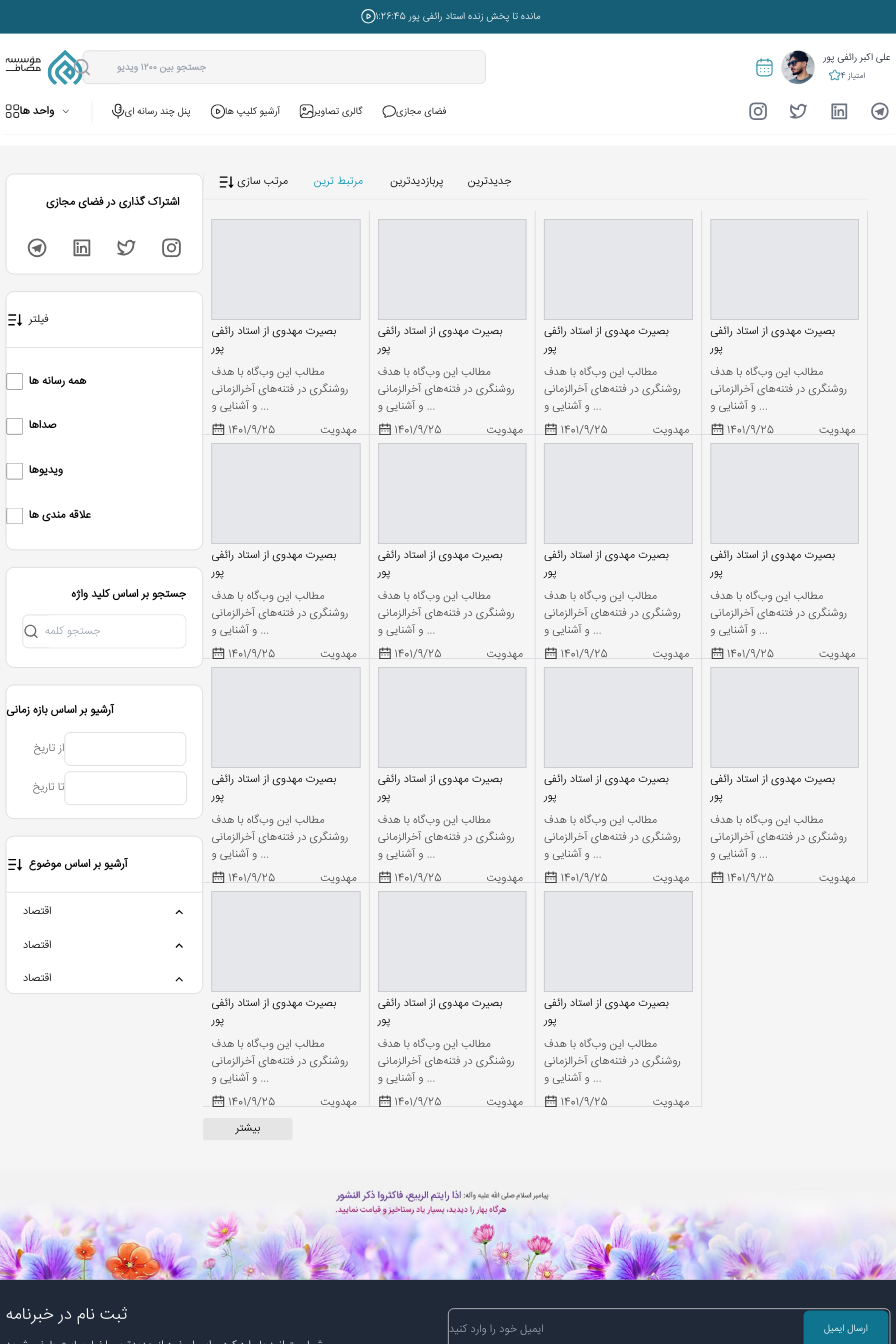
Repository: homan-tehrani/uiUserNative
Page: /multimedia
The author's editor kept a copy of each file at every save. The page is drawn from the files as they stood at one save, then again after the next save.
The browser window is 1280 px wide. The pictures show the part of the page from y = 0 to 1920 px (the page is 2769 px tall), at 70% of full size.
The project was rebuilt for these pictures with package versions that can differ from the ones it lists, and the page was loaded fresh each time. The framework's server and built-in components were replaced by stand-ins that run in the browser. Also part of the build but not shown: next.config.js, src/components/MenuForUnits.js, src/components/AccordionForUnits.js, src/components/MenuResponsive.js.

Above is the page before, as saved 2023-04-25 02:00:19.

### src/pages/_app.js
import Layoute from 'components/layout/Layoute'
import 'styles/globals.css'

export default function App({ Component, pageProps }) {
  return <Layoute>
    <Component {...pageProps} />
  </Layoute>
}

### src/pages/multimedia/index.js
import React, { useState, useEffect } from 'react';
import { albumPhoto } from '../../../src/db.json';
import Loading from 'components/loading';
import CourseCart from 'components/CourseCart';
import Aside from 'components/Aside';
import AsideResponsive from 'components/AsideResponsive';
export default function Multimedia() {
  const [allcorses, setAllCorses] = useState(null);

  useEffect(() => {
    setAllCorses(albumPhoto);
  }, []);

  if (!allcorses) {
    return <Loading />;
  }

  return (
    <div className=" bg-neutral-100 flex h-max py-10 w-full mt-4 gap-x-1 ">
      <div className="hidden  sm:flex  md:flex justify-evenly container sm:px-2 mx-auto sm:justify-between sm:gap-x-0 gap-x-2 ">
        <Aside />
        <CourseCart data={allcorses} />
      </div>
      <AsideResponsive />
    </div>
  );
}

### src/components/layout/Layoute.js
import React from "react";
import Header from "./Header";
import Fotter from "./Fotter";
import Speech from "../Speech";

export default function Layoute({ children , datas }) {
  return (
    <>
      <Header  />
      <div>{children}</div>
      <Speech />
      <Fotter datas={datas} />
    </>
  );
}

### src/styles/globals.css
@tailwind base;
@tailwind components;
@tailwind utilities;

@font-face {
    font-family: iransans;
    src: url("../../public/assets/fonts/iransans/irsans-l.woff");
}

html , body{
    font-family: iransans;
  }

.slider-master
.swiper-pagination-bullet{
  width: 14px;
  height: 14px;
  background-color: #3998AC;
}

.slider-master
.swiper-pagination-bullet-active {
  width: 60px;
  border-radius: 60px;
}

### src/components/loading.js
const Loading =()=> {
    return (
      <div className="w-full h-full flex justify-center items-center py-5">
        <svg aria-hidden="true" class="w-12 h-12 text-gray-200 animate-spin dark:text-gray-600 fill-cyan-600" viewBox="0 0 100 101" fill="none" xmlns="http://www.w3.org/2000/svg">
            <path d="M100 50.5908C100 78.2051 77.6142 100.591 50 100.591C22.3858 100.591 0 78.2051 0 50.5908C0 22.9766 22.3858 0.59082 50 0.59082C77.6142 0.59082 100 22.9766 100 50.5908ZM9.08144 50.5908C9.08144 73.1895 27.4013 91.5094 50 91.5094C72.5987 91.5094 90.9186 73.1895 90.9186 50.5908C90.9186 27.9921 72.5987 9.67226 50 9.67226C27.4013 9.67226 9.08144 27.9921 9.08144 50.5908Z" fill="currentColor"/>
            <path d="M93.9676 39.0409C96.393 38.4038 97.8624 35.9116 97.0079 33.5539C95.2932 28.8227 92.871 24.3692 89.8167 20.348C85.8452 15.1192 80.8826 10.7238 75.2124 7.41289C69.5422 4.10194 63.2754 1.94025 56.7698 1.05124C51.7666 0.367541 46.6976 0.446843 41.7345 1.27873C39.2613 1.69328 37.813 4.19778 38.4501 6.62326C39.0873 9.04874 41.5694 10.4717 44.0505 10.1071C47.8511 9.54855 51.7191 9.52689 55.5402 10.0491C60.8642 10.7766 65.9928 12.5457 70.6331 15.2552C75.2735 17.9648 79.3347 21.5619 82.5849 25.841C84.9175 28.9121 86.7997 32.2913 88.1811 35.8758C89.083 38.2158 91.5421 39.6781 93.9676 39.0409Z" fill="currentFill"/>
        </svg>
      </div>
    );
  }

  export default Loading;

### src/components/CourseCart.js
import React from 'react';
import Link from 'next/link';
import Loading from './loading';
export default function CourseCart({ data }) {
  console.log(data);
  if (!data) {
    return <Loading />;
  }
  return (
    <div className="relative w-full h-full  flex flex-col   md:translate-x-0 gap-y-4  pr-8">
      <div className="  w-full text-sm md:text-base border-b pb-3 flex  items-end  gap-x-1 md:gap-x-4 lg:gap-x-8  ">
        <div className=" w-26 flex items-center justify-center gap-x-1 border-l pl-3 sm:pl-5">
          <svg
            xmlns="http://www.w3.org/2000/svg"
            className="w-4 md:w-6"
            viewBox="0 0 24 24"
          >
            <path
              d="M20 4V16H23L19 21L15 16H18V4H20ZM12 18V20H3V18H12ZM14 11V13H3V11H14ZM14 4V6H3V4H14Z"
              fill="#000"
            ></path>
          </svg>
          <button className="">مرتب سازی </button>
        </div>
        <button className="text-cyan-600  w-16 md:w-20">
          مرتبط ترین
        </button>
        <button className="w-20 ">پربازدیدترین</button>
        <button className="w-16 ">جدیدترین</button>
      </div>

      <div className="grid grid-cols-4">
        {data.map((item) => (
          <>
            <div
              key={item.id}
              className=" h-80 hover:bg-white border-r border-b border-gray-300  p-3 cursor-pointer"
            >
              <div className="w-full h-36 bg-gray-200">
                <img
                  src={item.coverImage}
                  alt={item.title}
                  className="w-full h-full"
                />
              </div>
              <div className="flex flex-col h-44 justify-around pr-4">
                <div>
                  <p>بصیرت مهدوی از استاد رائفی پور</p>
                </div>

                <p className="opacity-70">
                مطالب این وب‌گاه با هدف روشنگری در فتنه‌های آخرالزمانی و آشنایی و ...
                  </p>
                <div className="flex gap-x-8 opacity-70">
                  <div className="flex gap-x-1">
                    <svg
                      xmlns="http://www.w3.org/2000/svg"
                      viewBox="0 0 24 24"
                      width="20"
                      height="20"
                    >
                      <path fill="none" d="M0 0h24v24H0z" />
                      <path d="M17 3h4a1 1 0 0 1 1 1v16a1 1 0 0 1-1 1H3a1 1 0 0 1-1-1V4a1 1 0 0 1 1-1h4V1h2v2h6V1h2v2zm3 8H4v8h16v-8zm-5-6H9v2H7V5H4v4h16V5h-3v2h-2V5zm-9 8h2v2H6v-2zm5 0h2v2h-2v-2zm5 0h2v2h-2v-2z" />
                    </svg>
                    <p>1401/9/25</p>
                  </div>

                  <svg
                    xmlns="http://www.w3.org/2000/svg"
                    viewBox="0 0 24 24"
                    width="20"
                    height="20"
                  >
                    <path fill="none" d="M0 0h24v24H0z" />
                    <path d="M20.005 2C21.107 2 22 2.898 22 3.99v16.02c0 1.099-.893 1.99-1.995 1.99H4v-4H2v-2h2v-3H2v-2h2V8H2V6h2V2h16.005zM8 4H6v16h2V4zm12 0H10v16h10V4z" />
                  </svg>
                  <span> {
                    (Array.isArray(item?.portal) && item?.portal.length > 0) ? (item?.portal[0].name) : 'مهدویت' }
                  </span>
                </div>
              </div>
            </div>

            <Link
              href={`/units/${item.id}`}
              className="w-full h-full absolute top-0 left-0  "
            ></Link>
          </>
        ))}
      </div>
      <button className="w-32 h-8 bg-neutral-200 rounded">
        بیشتر
      </button>
    </div>
  );
}

### src/components/Aside.js
import React from 'react'
import AccordionForMultiMedia from './AccordionForMultiMedia'

export default function Aside() {
  return (
    <aside className="w-80 h-full   md:mr-0 md:translate-x-0 flex flex-col  items-start justify-start gap-y-6 ">
    <div className="w-282px  border border-stone-300 h-36 bg-white rounded-xl flex flex-col items-center justify-center gap-y-3">
      <p className="text-right pl-6 font-bold">
        اشتراک گذاری در فضای مجازی
      </p>
      <div className="xs:-translate-y-4  flex  w-11/12 xs:h-8 xs:w-32  justify-around h-12 items-center rounded-md  translate-y-4 fill-white opacity-60">
        <svg
          className="cursor-pointer fill-black xs:w-6 w-8"
          xmlns="http://www.w3.org/2000/svg"
          viewBox="0 0 24 24"
        >
          <path fill="none" d="M0 0h24v24H0z" />
          <path d="M12 20a8 8 0 1 0 0-16 8 8 0 0 0 0 16zm0 2C6.477 22 2 17.523 2 12S6.477 2 12 2s10 4.477 10 10-4.477 10-10 10zm-3.11-8.83l-2.498-.779c-.54-.165-.543-.537.121-.804l9.733-3.76c.565-.23.885.061.702.79l-1.657 7.82c-.116.557-.451.69-.916.433l-2.551-1.888-1.189 1.148c-.122.118-.221.219-.409.244-.187.026-.341-.03-.454-.34l-.87-2.871-.012.008z" />
        </svg>
        <svg
          className="cursor-pointer fill-black xs:w-6 w-8"
          xmlns="http://www.w3.org/2000/svg"
          viewBox="0 0 24 24"
        >
          <path fill="none" d="M0 0h24v24H0z" />
          <path d="M4 3h16a1 1 0 0 1 1 1v16a1 1 0 0 1-1 1H4a1 1 0 0 1-1-1V4a1 1 0 0 1 1-1zm1 2v14h14V5H5zm2.5 4a1.5 1.5 0 1 1 0-3 1.5 1.5 0 0 1 0 3zm-1 1h2v7.5h-2V10zm5.5.43c.584-.565 1.266-.93 2-.93 2.071 0 3.5 1.679 3.5 3.75v4.25h-2v-4.25a1.75 1.75 0 0 0-3.5 0v4.25h-2V10h2v.43z" />
        </svg>
        <svg
          className="cursor-pointer fill-black xs:w-6 w-8"
          xmlns="http://www.w3.org/2000/svg"
          viewBox="0 0 24 24"
        >
          <path fill="none" d="M0 0h24v24H0z" />
          <path d="M15.3 5.55a2.9 2.9 0 0 0-2.9 2.847l-.028 1.575a.6.6 0 0 1-.68.583l-1.561-.212c-2.054-.28-4.022-1.226-5.91-2.799-.598 3.31.57 5.603 3.383 7.372l1.747 1.098a.6.6 0 0 1 .034.993L7.793 18.17c.947.059 1.846.017 2.592-.131 4.718-.942 7.855-4.492 7.855-10.348 0-.478-1.012-2.141-2.94-2.141zm-4.9 2.81a4.9 4.9 0 0 1 8.385-3.355c.711-.005 1.316.175 2.669-.645-.335 1.64-.5 2.352-1.214 3.331 0 7.642-4.697 11.358-9.463 12.309-3.268.652-8.02-.419-9.382-1.841.694-.054 3.514-.357 5.144-1.55C5.16 15.7-.329 12.47 3.278 3.786c1.693 1.977 3.41 3.323 5.15 4.037 1.158.475 1.442.465 1.973.538z" />
        </svg>
        <svg
          className="cursor-pointer fill-black xs:w-6 w-8"
          xmlns="http://www.w3.org/2000/svg"
          viewBox="0 0 24 24"
        >
          <path fill="none" d="M0 0h24v24H0z" />
          <path d="M12 9a3 3 0 1 0 0 6 3 3 0 0 0 0-6zm0-2a5 5 0 1 1 0 10 5 5 0 0 1 0-10zm6.5-.25a1.25 1.25 0 0 1-2.5 0 1.25 1.25 0 0 1 2.5 0zM12 4c-2.474 0-2.878.007-4.029.058-.784.037-1.31.142-1.798.332-.434.168-.747.369-1.08.703a2.89 2.89 0 0 0-.704 1.08c-.19.49-.295 1.015-.331 1.798C4.006 9.075 4 9.461 4 12c0 2.474.007 2.878.058 4.029.037.783.142 1.31.331 1.797.17.435.37.748.702 1.08.337.336.65.537 1.08.703.494.191 1.02.297 1.8.333C9.075 19.994 9.461 20 12 20c2.474 0 2.878-.007 4.029-.058.782-.037 1.309-.142 1.797-.331.433-.169.748-.37 1.08-.702.337-.337.538-.65.704-1.08.19-.493.296-1.02.332-1.8.052-1.104.058-1.49.058-4.029 0-2.474-.007-2.878-.058-4.029-.037-.782-.142-1.31-.332-1.798a2.911 2.911 0 0 0-.703-1.08 2.884 2.884 0 0 0-1.08-.704c-.49-.19-1.016-.295-1.798-.331C14.925 4.006 14.539 4 12 4zm0-2c2.717 0 3.056.01 4.122.06 1.065.05 1.79.217 2.428.465.66.254 1.216.598 1.772 1.153a4.908 4.908 0 0 1 1.153 1.772c.247.637.415 1.363.465 2.428.047 1.066.06 1.405.06 4.122 0 2.717-.01 3.056-.06 4.122-.05 1.065-.218 1.79-.465 2.428a4.883 4.883 0 0 1-1.153 1.772 4.915 4.915 0 0 1-1.772 1.153c-.637.247-1.363.415-2.428.465-1.066.047-1.405.06-4.122.06-2.717 0-3.056-.01-4.122-.06-1.065-.05-1.79-.218-2.428-.465a4.89 4.89 0 0 1-1.772-1.153 4.904 4.904 0 0 1-1.153-1.772c-.248-.637-.415-1.363-.465-2.428C2.013 15.056 2 14.717 2 12c0-2.717.01-3.056.06-4.122.05-1.066.217-1.79.465-2.428a4.88 4.88 0 0 1 1.153-1.772A4.897 4.897 0 0 1 5.45 2.525c.638-.248 1.362-.415 2.428-.465C8.944 2.013 9.283 2 12 2z" />
        </svg>
      </div>
    </div>
    <div className="w-282px h-370px  border border-stone-300 rounded-xl bg-white">
      <div className="w-full h-20  border-b border-stone-300 flex items-center justify-start pr-6 gap-x-2 ">
        <svg
          xmlns="http://www.w3.org/2000/svg"
          viewBox="0 0 24 24"
          width="24"
          height="24"
        >
          <path
            d="M20 4V16H23L19 21L15 16H18V4H20ZM12 18V20H3V18H12ZM14 11V13H3V11H14ZM14 4V6H3V4H14Z"
            fill="#000"
          ></path>
        </svg>
        <p>فیلتر</p>
      </div>
      <div className="w-full h-64 translate-y-4 flex flex-col justify-around pr-4 font-bold">
        <div className="flex  items-center justify-satrt  gap-x-2">
          <input type="checkbox" className="w-6 h-6 " />
          <p>همه رسانه ها</p>
        </div>
        <div className="flex items-center justify-satrt  gap-x-2">
          <input type="checkbox" className="w-6 h-6 " />
          <p>صداها</p>
        </div>
        <div className="flex items-center justify-satrt gap-x-2">
          <input type="checkbox" className="w-6 h-6 " />
          <p>ویدیوها</p>
        </div>
        <div className="flex items-center justify-satrt gap-x-2">
          <input type="checkbox" className="w-6 h-6 " />
          <p>علاقه مندی ها</p>
        </div>
      </div>
    </div>
    <div className="w-282px border border-stone-300 h-36 bg-white rounded-xl flex flex-col items-center justify-center gap-y-4">
      <p className="text-right  w-10/12 font-bold">
        جستجو بر اساس کلید واژه
      </p>
      <div className="w-10/12 h-12  flex items-center border border-stone-300 rounded-lg">
        <svg
          xmlns="http://www.w3.org/2000/svg"
          className="mr-2 opacity-60"
          viewBox="0 0 24 24"
          width="24"
          height="24"
        >
          <path
            d="M18.031 16.6168L22.3137 20.8995L20.8995 22.3137L16.6168 18.031C15.0769 19.263 13.124 20 11 20C6.032 20 2 15.968 2 11C2 6.032 6.032 2 11 2C15.968 2 20 6.032 20 11C20 13.124 19.263 15.0769 18.031 16.6168ZM16.0247 15.8748C17.2475 14.6146 18 12.8956 18 11C18 7.1325 14.8675 4 11 4C7.1325 4 4 7.1325 4 11C4 14.8675 7.1325 18 11 18C12.8956 18 14.6146 17.2475 15.8748 16.0247L16.0247 15.8748Z"
            fill="#000"
          ></path>
        </svg>
        <input
          placeholder="جستجو کلمه"
          type="text"
          className="w-11/12 h-full outline-0 pr-2 rounded-lg "
        />
      </div>
    </div>

    <div className="w-282px border border-stone-300 h-48 bg-white rounded-xl flex flex-col items-center justify-center  ">
      <p className="text-right mt-6 w-full pr-7 font-bold flex items-center  ">
        آرشیو بر اساس بازه زمانی
      </p>

      <div className="flex flex-col items-center justify-center  w-full h-full gap-y-2  ">
        <div className="flex items-cenetr h-12 justify-center">
          <p className="pl-4 flex items-center justify-center opacity-60">
            از تاریخ
          </p>
          <input
            type="text"
            className="border border-stone-300 h-full w-8/12 rounded-lg outline-0 pr-2"
          />
        </div>
        <div className="flex items-cenetr justify-center h-12 ">
          <p className="pl-4 flex items-center justify-center opacity-60">
            تا تاریخ
          </p>
          <input
            type="text"
            className="border border-stone-300 h-full w-8/12 rounded-lg outline-0 pr-2"
          />
        </div>
      </div>
    </div>
    <div className="w-282px  h-max border border-stone-300 rounded-xl bg-white ">
      <div className="w-full h-20  border-b border-stone-300 flex items-center justify-start pr-6 gap-x-2 ">
        <svg
          xmlns="http://www.w3.org/2000/svg"
          viewBox="0 0 24 24"
          width="24"
          height="24"
        >
          <path
            d="M20 4V16H23L19 21L15 16H18V4H20ZM12 18V20H3V18H12ZM14 11V13H3V11H14ZM14 4V6H3V4H14Z"
            fill="#000"
          ></path>
        </svg>
        <p className="font-bold">آرشیو بر اساس موضوع</p>
      </div>
  <AccordionForMultiMedia/>
  <AccordionForMultiMedia/>
  <AccordionForMultiMedia/>

    </div>
  </aside>
  )
}

### src/components/Speech.js
import React, { useEffect, useState } from "react";
import Loading from "./loading";
import {speech} from "../../src/db.json"

export default function Speech({ datas }) {
  const [imageSpeech, setImageSpeech] = useState(null);
  useEffect(() => {
    setImageSpeech(speech);
  }, []);

  if (!imageSpeech) {
    return <Loading />;
  }
  return (
    <div className="w-full flex justify-center items-center relative ">
      <div className="flex flex-col w-full h-max">
        <div className="flex flex-col w-full ">
          <img
            src={imageSpeech[0].src}
            alt={imageSpeech[0].alt}
            className="w-full h-full object-cover"
          />
        </div>
      </div>
    </div>
  );
}

### src/components/AccordionForMultiMedia.js
import {useState} from 'react'

export default function AccordionForMultiMedia() {
    const [isShowAccordion, setIsShowAccordion] = useState(false);
    const accordionHandler = () => {
        setIsShowAccordion((prev) => !prev);
      };
  return (
    <>
    <button
    onClick={accordionHandler}
    className=" w-10/12 mx-auto h-10 flex items-center mt-2 justify-between"
  >
    <p>اقتصاد</p>
    <div>
      {!isShowAccordion && (
        <svg
          xmlns="http://www.w3.org/2000/svg"
          viewBox="0 0 24 24"
          width="20"
          height="20"
        >
          <path
            d="M11.9997 10.8284L7.04996 15.7782L5.63574 14.364L11.9997 8L18.3637 14.364L16.9495 15.7782L11.9997 10.8284Z"
            fill="#000"
          ></path>
        </svg>
      )}
      {isShowAccordion && (
        <svg
          xmlns="http://www.w3.org/2000/svg"
          viewBox="0 0 24 24"
          width="20"
          height="20"
        >
          <path
            d="M11.9997 13.1714L16.9495 8.22168L18.3637 9.63589L11.9997 15.9999L5.63574 9.63589L7.04996 8.22168L11.9997 13.1714Z"
            fill="#000"
          ></path>
        </svg>
      )}
    </div>
  </button>
  {isShowAccordion && (
    <div className="w-10/12 mx-auto my-4 pb-4 flex flex-col gap-y-8 font-bold  border-b border-stone-300">
      <div className="flex items-center justify-satrt  gap-x-2 ">
        <input type="checkbox" className="w-6 h-6 " />
        <p>اقتصاد ایران</p>
      </div>
      <div className="flex items-center justify-satrt  gap-x-2">
        <input type="checkbox" className="w-6 h-6 " />
        <p>اقتصاد جهان</p>
      </div>
    </div>
  )}
  </>
  )
}

### src/components/AccordionMultiMediResponsive.js
import React, { useState } from 'react'

export default function AccordionMultiMediResponsive() {
    const[isShowAccordion , setIsShowAccordion] = useState(false)
    const accordionHandler = ()=>{
        setIsShowAccordion(prev=>!prev)
    }
  return (
    <>
     <button
              onClick={accordionHandler}
              className=" w-11/12 mx-auto h-10 flex items-center  my-2 justify-between"
            >
              <p>دشمن شناسی</p>
              <div>
                {!isShowAccordion && (
                  <svg
                    xmlns="http://www.w3.org/2000/svg"
                    viewBox="0 0 24 24"
                    width="20"
                    height="20"
                  >
                    <path
                      d="M11.9997 10.8284L7.04996 15.7782L5.63574 14.364L11.9997 8L18.3637 14.364L16.9495 15.7782L11.9997 10.8284Z"
                      fill="#000"
                    ></path>
                  </svg>
                )}
                {isShowAccordion && (
                  <svg
                    xmlns="http://www.w3.org/2000/svg"
                    viewBox="0 0 24 24"
                    width="20"
                    height="20"
                  >
                    <path
                      d="M11.9997 13.1714L16.9495 8.22168L18.3637 9.63589L11.9997 15.9999L5.63574 9.63589L7.04996 8.22168L11.9997 13.1714Z"
                      fill="#000"
                    ></path>
                  </svg>
                )}
              </div>
            </button>
            {isShowAccordion && (
              <div className="w-10/12 mx-auto pb-4 flex mt-4 flex-col gap-y-8 font-bold border-stone-300 border-b">
                <div className="flex items-center justify-satrt  gap-x-2 ">
                  <input type="checkbox" className="w-6 h-6 " />
                  <p>اقتصاد ایران</p>
                </div>
                <div className="flex items-center justify-satrt  gap-x-2">
                  <input type="checkbox" className="w-6 h-6 " />
                  <p>اقتصاد جهان</p>
                </div>
              </div>
            )}
    </>
  )
}

### tailwind.config.js
/** @type {import('tailwindcss').Config} */
module.exports = {
  content: [
    "./app/**/*.{js,ts,jsx,tsx}",
    "./pages/**/*.{js,ts,jsx,tsx}",
    "./components/**/*.{js,ts,jsx,tsx}",

    // Or if using `src` directory:
    "./src/**/*.{js,ts,jsx,tsx}",
  ],
  theme: {
    extend: {
      screens:{
        'xs':{'max':'430px'},
      },
      spacing: {
        '148': '37rem',
        '120':'36rem',
        '152':'42rem',
        '90':'25rem',
        '98':'28rem',
        '100':'30rem',
        '110':'33rem',
        'ppx':'0.5px',
        '400px': '400px',
        '300px':'300px',
        '1200px':'1200px',
        '370px':'370px',
        '305px':'305px',
        '282px':'282px'
      },
      fontSize:{
        tsm:['13px','19px'],
        ssm:['12px','18px'],
        xsm:['11px','17px'],
        xxsm:['10px','16px'],
        xxxsm:['8px','12px'],
      },
    },
  },
  plugins: [],
}

Loaded but not shown: src/db.json (58 lines, source omitted); src/components/layout/Fotter.js (133 lines, source omitted); src/components/layout/Header.js (154 lines, source omitted); src/components/NavBar.js (89 lines, source omitted); src/components/AsideResponsive.js (296 lines, source omitted)

After the next save:
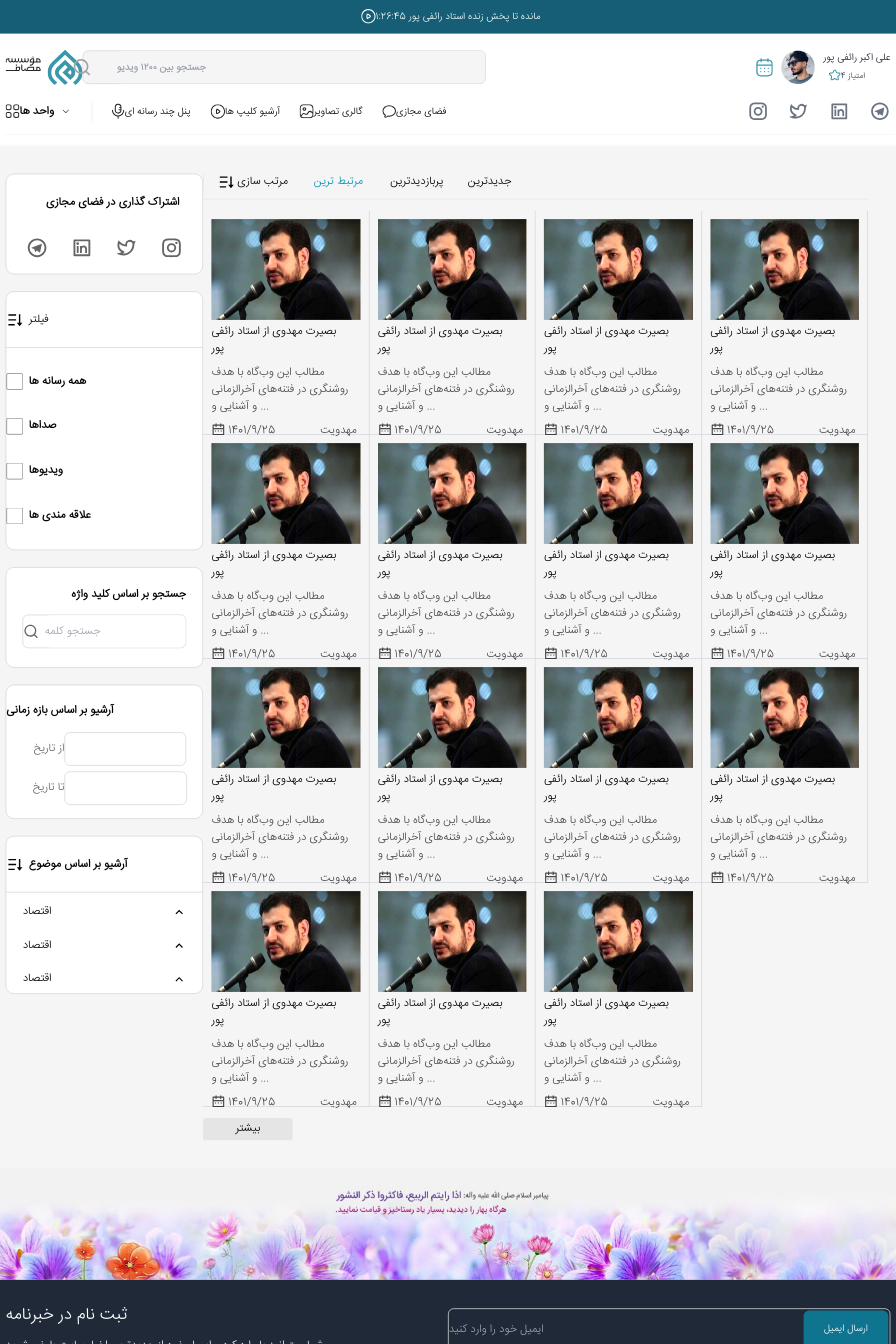
Saved 2 min 14 s later.
--- a/src/components/CourseCart.js
+++ b/src/components/CourseCart.js
@@ -38,7 +38,7 @@ export default function CourseCart({ data }) {
             >
               <div className="w-full h-36 bg-gray-200">
                 <img
-                  src={item.coverImage}
+                  src="assets/images/img.png"
                   alt={item.title}
                   className="w-full h-full"
                 />
